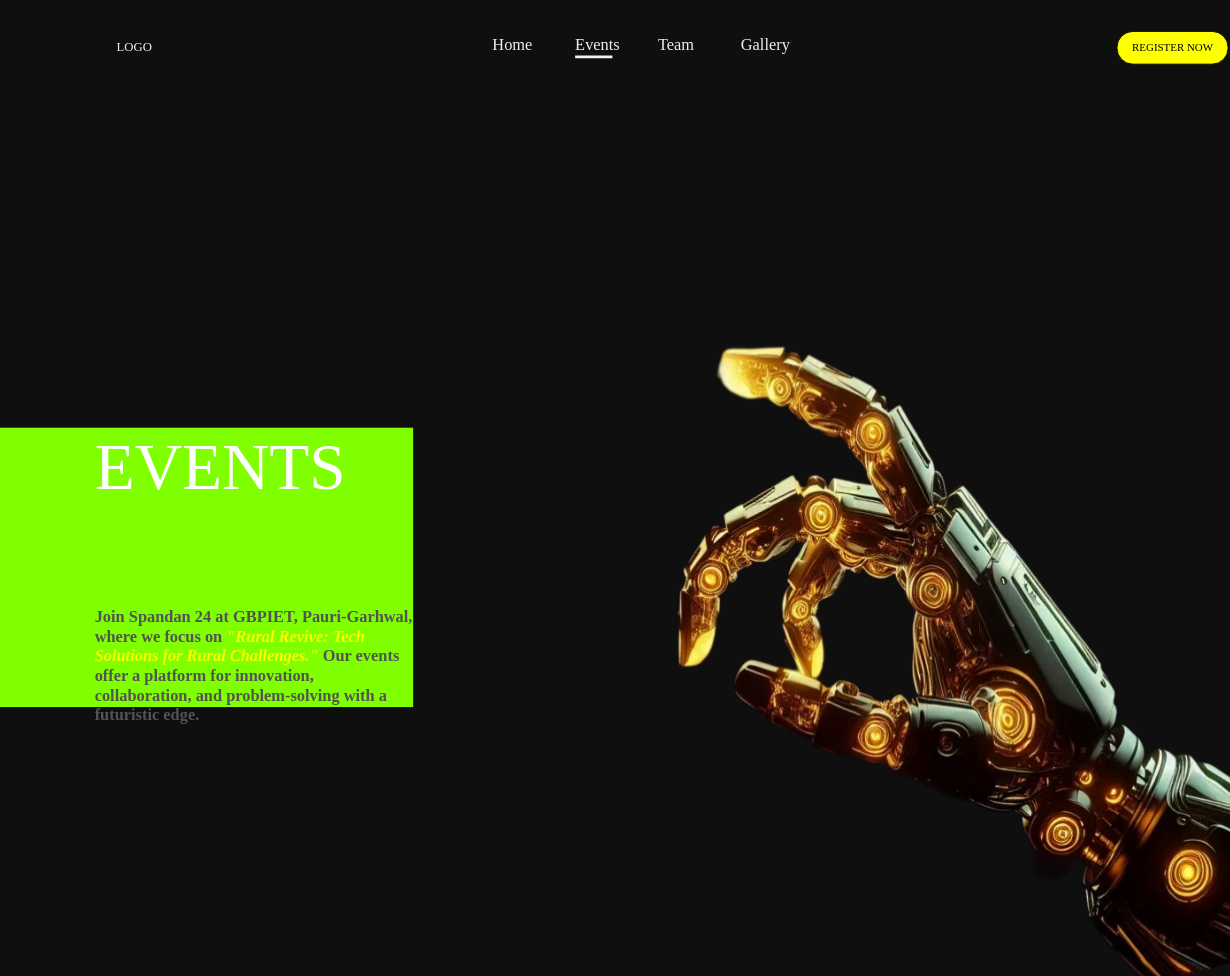
Repository: s4bbi/spandan-3.0
Page: /
These files come from the project's save history. The page is drawn as it stood at one moment and after a run of saves; the edit follows.
The browser window is 1280 px wide. The page is 1352 px wide, so the pictures cover 1352 px, including what lies to the right of the window. The pictures show the whole page, at 91% of full size.
The project was rebuilt for these pictures with package versions that can differ from the ones it lists, and the page was loaded fresh each time. Also part of the build but not shown: vite.config.js, src/pages/Events/Events.jsx.

Above is the page before, as saved 2024-11-02 02:56:29.

After the next 3 saves:
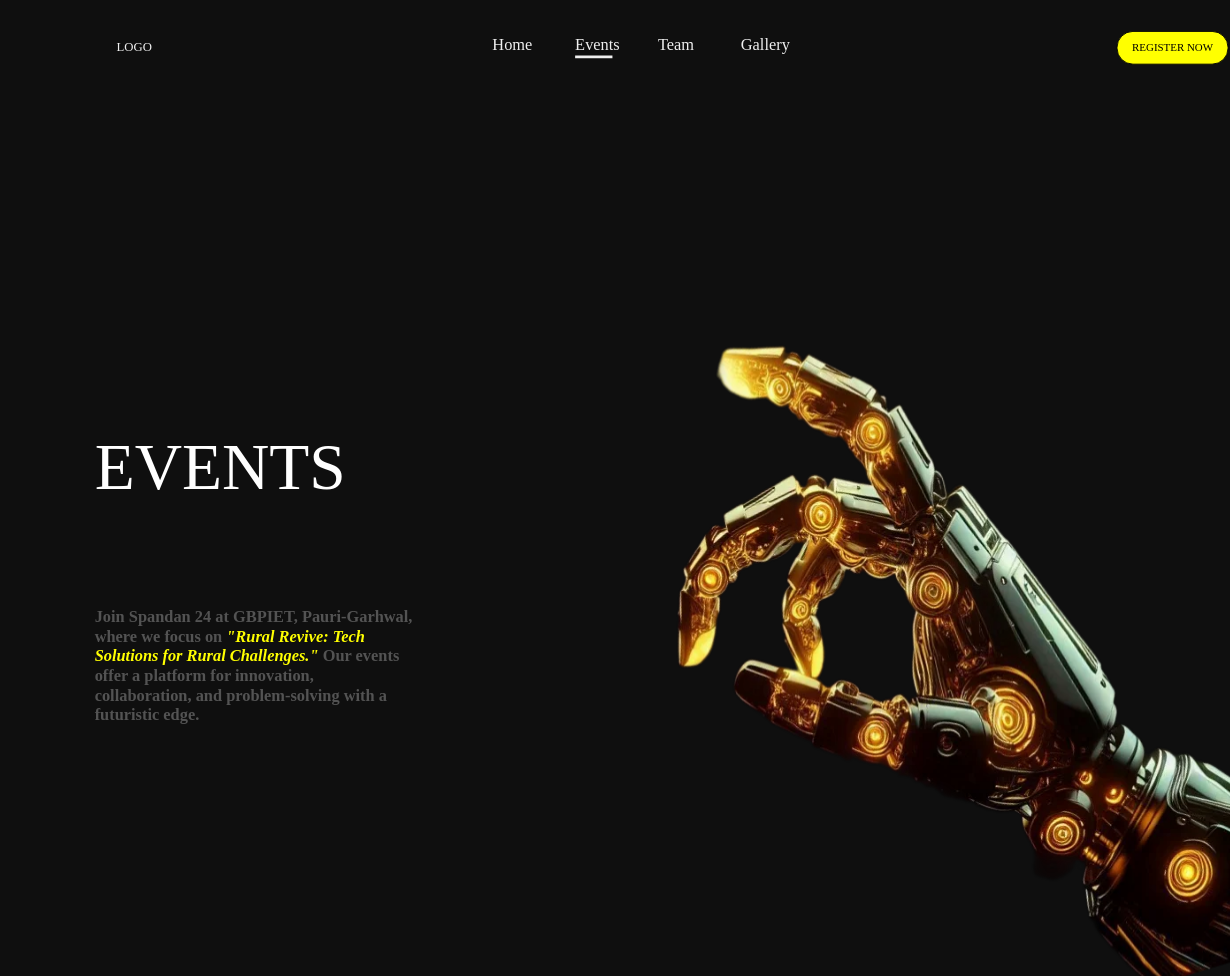
The 3 saves are shown as one change because they came seconds apart.
The last was saved 15 s later.
--- a/src/components/HeroSection/HeroSection.css
+++ b/src/components/HeroSection/HeroSection.css
@@ -3,6 +3,7 @@
     align-items: center;
     justify-content: space-between;
     margin-top: 104px;
+    background-color: ;
     /* padding-top: 50px;
     max-width: 1200px;
     margin: 192px; */
@@ -12,7 +13,7 @@
     /* width: 50%; */
     color: white;
     padding-left: 104px;
-    background-color: chartreuse;
+    background-color: ;
   }
 
   .hero-title {
